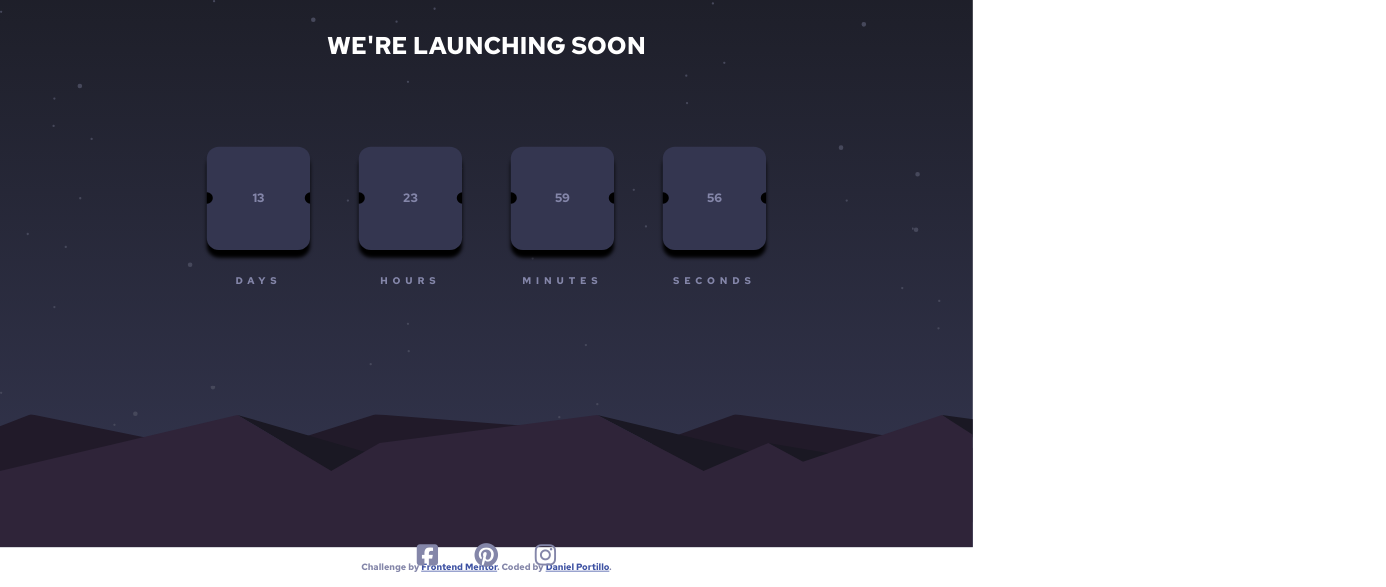
Repository: dportillo23/launch-countdown-timer-main
Page: index.html
An editor plug-in stored every save of this project. The page is shown before and after the next save, followed by the edit.
The browser window is 1280 px wide. The page is 1280 px wide, then 1824 px, so the pictures cover 1824 px, including what lies to the right of the window. The pictures show the whole page, at 76% of full size.
Some web libraries are served in a nearby version. The style sheet was rebuilt from its Sass, Less or Tailwind sources for each picture, by a compiler version that may differ from the author's.

Above is the page before, as saved 2021-06-28 16:52:50.

After the next save:
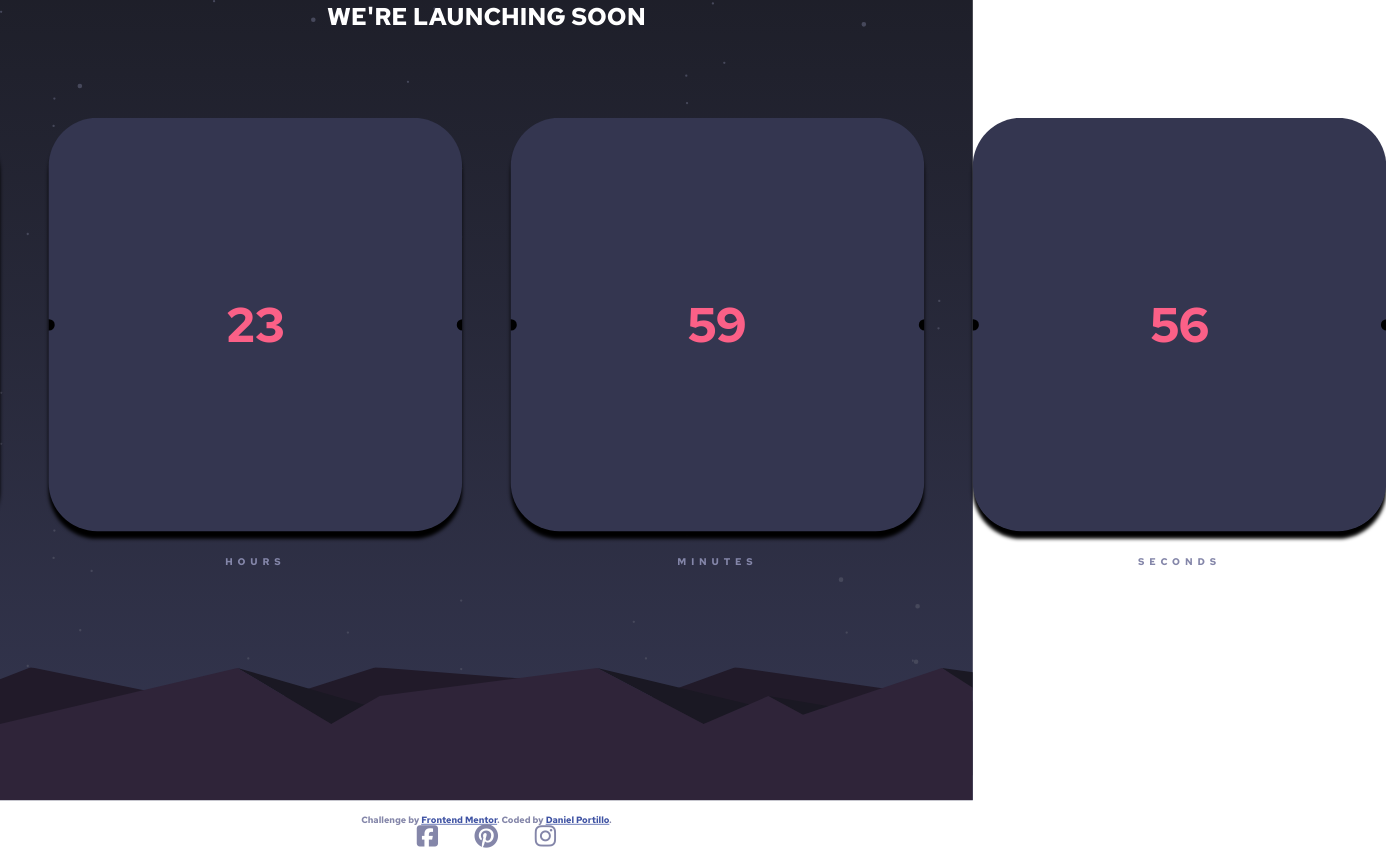
Saved 19 s later.
--- a/style.scss
+++ b/style.scss
@@ -71,6 +71,8 @@ body {
     transition: all 0.5s ease;
     backface-visibility: hidden;
     transform: rotateX(0deg);
+    color: $col-red;
+    font-size: 4rem;
 
     &::before {
         content: '';
@@ -80,8 +82,7 @@ body {
         background-color: black;
         position: absolute;
         left: -7.5px;
-        color: $col-red;
-        font-size: 4rem;
+
     }
 
     &::after {
